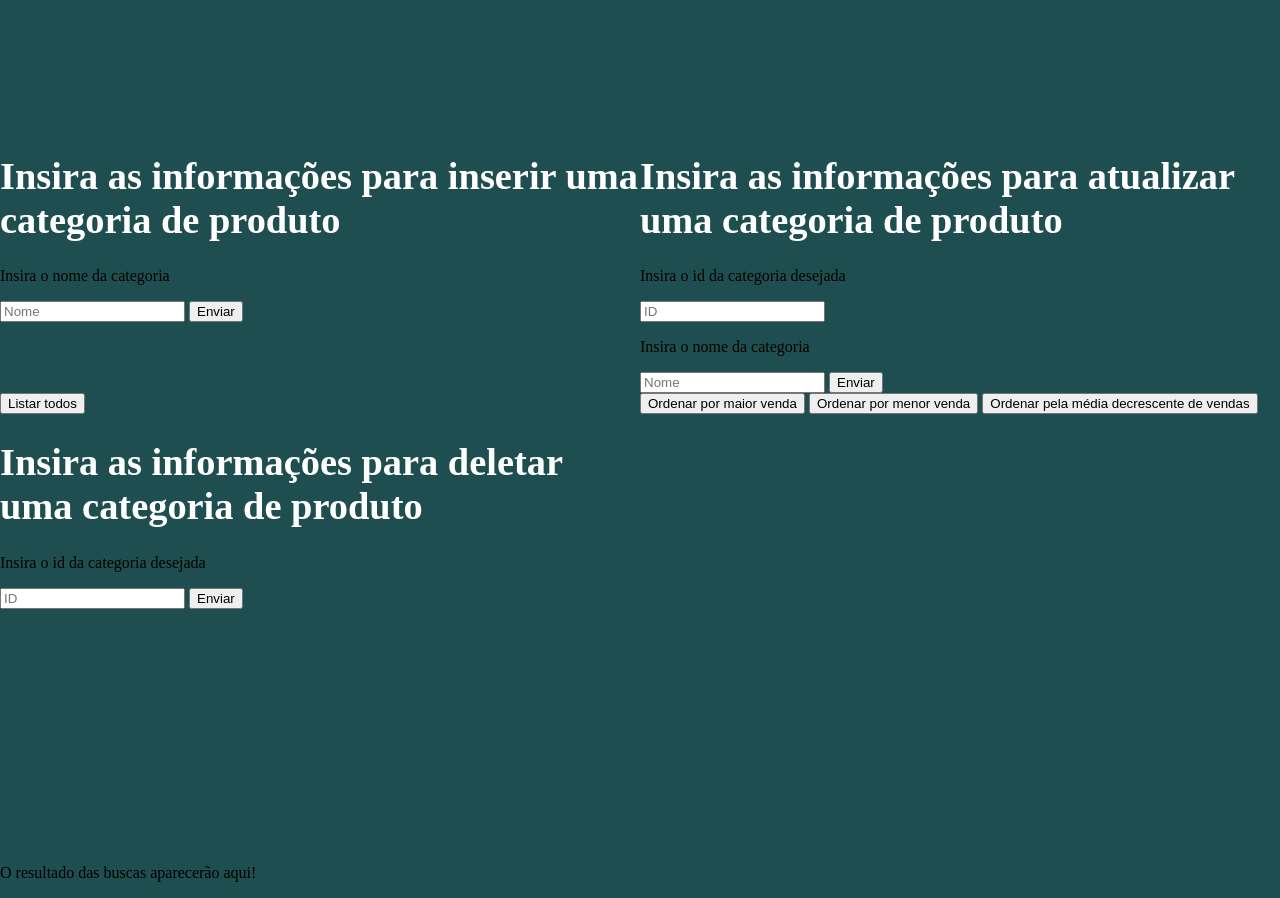
Repository: Matheus-Lacerda009/ERP-Financeiro
Page: Front/categoria_item/categoria_item.html
An editor plug-in stored every save of this project. The page is shown before and after a run of saves, followed by the edit.
The browser window is 1280 px wide. The pictures show the whole page.

Above is the page before, as saved 2026-07-13 19:44:23.

### Front/categoria_item/categoria_item.html
<!DOCTYPE html>
<html lang="en">
<head>
    <meta charset="UTF-8">
    <meta name="viewport" content="width=device-width, initial-scale=1.0">
    <link rel="stylesheet" href="categoria_item.css">
    <title>Document</title>
</head>
<body>
    <main>
        <div class="container">
            <div id="post" class="dados">
                <form id="formPost">
                    <h1>Insira as informações para inserir uma categoria de produto</h1>
                    <p>Insira o nome da categoria</p>
                    <input placeholder="Nome" id="nomePost">
                    <button type="submit">Enviar</button>
                </form>
            </div>
            <div id="put" class="dados">
                <form id="formPut">
                    <h1>Insira as informações para atualizar uma categoria de produto</h1>
                    <p>Insira o id da categoria desejada</p>
                    <input placeholder="ID" id="idPut">
                    <p>Insira o nome da categoria</p>
                    <input placeholder="Nome" id="nomePut">
                    <button type="submit">Enviar</button>
                </form>
            </div>
            <div id="get" class="dados">
                <button id="getTodos">Listar todos</button>
            </div>
            <div id="getId" class="dados">
                <button id="maiorVenda">Ordenar por maior venda</button>
                <button id="menorVenda">Ordenar por menor venda</button>
                <button id="mediaVenda">Ordenar pela média decrescente de vendas</button>
            </div>
            <div id="delete" class="dados">
                <form  id="formDelete">
                    <h1>Insira as informações para deletar uma categoria de produto</h1>
                    <p>Insira o id da categoria desejada</p>
                    <input placeholder="ID" id="idDelete">
                    <button type="submit">Enviar</button>
                </form>
            </div>
        </div>
        <div id="resultados">
            <p id="resultadoBusca">O resultado das buscas aparecerão aqui!</p>
        </div>
    </main>
</body>
<script src="categoria_item.js"></script>
</html>

### Front/categoria_item/categoria_item.css
header{
    position: fixed;
    top: 0;
    left: 0;
    width: 100%;
    height: 20%;
    background-color: #12263af3;
    z-index: 1;
    text-align: center;
    align-content: center;
}

footer{
    position: fixed;
    bottom: 0;
    left: 0;
    width: 100%;
    height: 10%;
    background-color: #12263af3;
    text-align: center;
    align-content: center;
}

#github{
    color: white;
    font-size: 300%;
    text-decoration-color: white;
}

header, h1{
    font-size: 300%;
    color: white;
    font-size: 3vw;
}

header, h2{
    color: white;
    font-size: 1.5vw;
}

body{
    margin: 0;
    padding: 0;
    background-color: #1f4e50;
}

.container{
    height: 100vh;
    width: 100%;
    margin-top: 10%;
    box-sizing: border-box;
    display: grid;
    grid-template-columns: repeat(2, 7fr);
    align-content: start;
}

/* * {
    margin: 0;
    align-items: center;
}

.container{
    display: flex;
    height: 50%;
    width: 100%;
    justify-content: center;
    margin: auto;
}

.dados{
    width: 70vw;
    height: 30vh;
    border: 3px solid black;
    text-align: center;
    justify-content: center;
    display: flex;
    margin: auto;
}

#resultados{
    margin-bottom: 100%;
    width: 99%;
    height: 45%;
    border: 3px solid black;
    margin: auto;
} */

### Front/categoria_item/categoria_item.js
document.getElementById("formPost").addEventListener("submit", async (event) => {
    event.preventDefault();
    try{
        const obj = {"nome" : document.getElementById("nomePost").value};
        const resposta = await fetch("http://localhost:8085/categoria_item", {
            method : "POST",
            headers : {"Content-Type" : "application/json"},
            body : JSON.stringify(obj)
        });
        const retorno = await resposta.json();
    } catch (error) {
        console.log(error);
    }
});


document.getElementById("getTodos").addEventListener("click", async (event) => {
    event.preventDefault();
    const resultado = document.getElementById("resultadoBusca");
    try{
        const resposta = await fetch("http://localhost:8085/categoria_item", {
            method : "GET"
        });
        const retorno = await resposta.json();
        let res = "";
        for(let i = 0; i < retorno.length; i++){
            res += `<p>> Id: ${retorno[i].id_categoria_item} | Nome: ${retorno[i].nome}<p><br>`;
        }
        resultado.innerHTML = res;
    } catch (error) {
        console.log(error);
    }
});

document.getElementById("maiorVenda").addEventListener("click", async (event) => {
    event.preventDefault();
    const resultado = document.getElementById("resultadoBusca");
    try{
        const resposta = await fetch("http://localhost:8085/categoria_item/maiorVenda", {
            method : "GET"
        });
        const retorno = await resposta.json();
        let res = "";
        let nomes = retorno["NomeCategoria"];
        let vendas = retorno["VendaCategoria"];
        for(let i = 0; i < nomes.length; i++){
            res += `<p>> Nome da categoria: ${nomes[i]} | Valor de venda: ${vendas[i]}<p><br>`;
        }
        resultado.innerHTML = res;
    } catch (error) {
        console.log(error);
    }
});

document.getElementById("menorVenda").addEventListener("click", async (event) => {
    event.preventDefault();
    const resultado = document.getElementById("resultadoBusca");
    try{
        const resposta = await fetch("http://localhost:8085/categoria_item/menorVenda", {
            method : "GET"
        });
        const retorno = await resposta.json();
        let res = "";
        let nomes = retorno["NomeCategoria"];
        let vendas = retorno["VendaCategoria"];
        for(let i = 0; i < nomes.length; i++){
            res += `<p>> Nome da categoria: ${nomes[i]} | Valor de venda: ${vendas[i]}<p><br>`;
        }
        resultado.innerHTML = res;
    } catch (error) {
        console.log(error);
    }
});

document.getElementById("mediaVenda").addEventListener("click", async (event) => {
    event.preventDefault();
    const resultado = document.getElementById("resultadoBusca");
    try{
        const resposta = await fetch("http://localhost:8085/categoria_item/mediaVenda", {
            method : "GET"
        });
        const retorno = await resposta.json();
        let res = "";
        let nomes = retorno["NomeCategoria"];
        let vendas = retorno["VendaCategoria"];
        for(let i = 0; i < nomes.length; i++){
            res += `<p>> Nome da categoria: ${nomes[i]} | Valor médio de venda: ${vendas[i]}<p><br>`;
        }
        resultado.innerHTML = res;
    } catch (error) {
        console.log(error);
    }
});

document.getElementById("formPut").addEventListener("submit", async (event) => {
    event.preventDefault();
    try{
        const id = document.getElementById("idPut").value;
        const obj = {"nome" : document.getElementById("nomePut").value};
        const resposta = await fetch(`http://localhost:8085/categoria_item/${id}`, {
            method : "PUT",
            headers : {"Content-Type" : "application/json"},
            body : JSON.stringify(obj)
        });
        const retorno = await resposta.json();
    } catch (error) {
        console.log(error);
    }
});

document.getElementById("formDelete").addEventListener("submit", async (event) => {
    event.preventDefault();
    try{
        const id = document.getElementById("idDelete").value;
        const resposta = await fetch(`http://localhost:8085/categoria_item/${id}`, {
            method : "DELETE"
        });
    } catch (error) {
        console.log(error);
    }
});

After the next 2 saves:
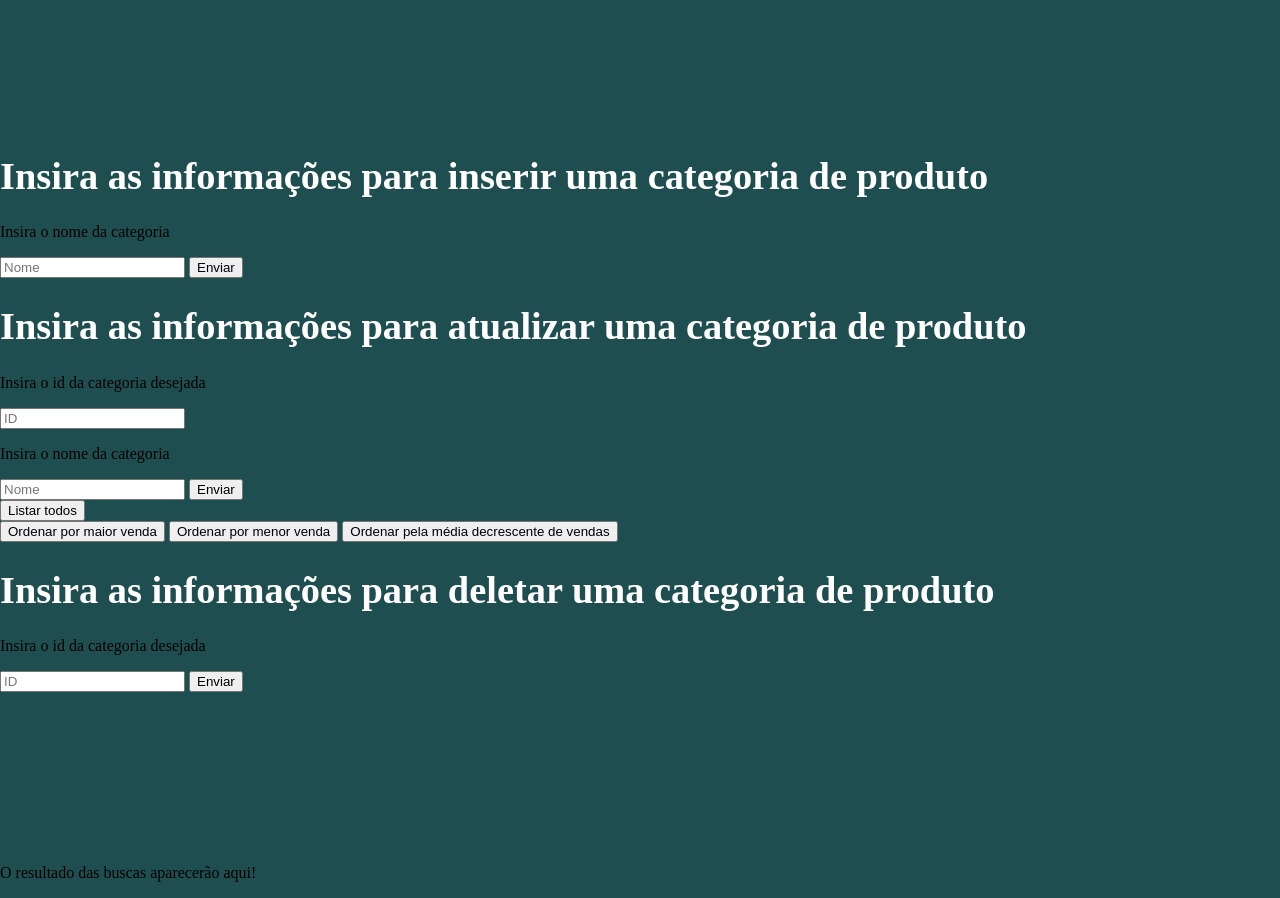
The 2 saves are shown as one change because they came seconds apart.
The last was saved 24 s later.
--- a/Front/categoria_item/categoria_item.css
+++ b/Front/categoria_item/categoria_item.css
@@ -48,9 +48,6 @@ body{
     height: 100vh;
     width: 100%;
     margin-top: 10%;
-    box-sizing: border-box;
-    display: grid;
-    grid-template-columns: repeat(2, 7fr);
     align-content: start;
 }
 
